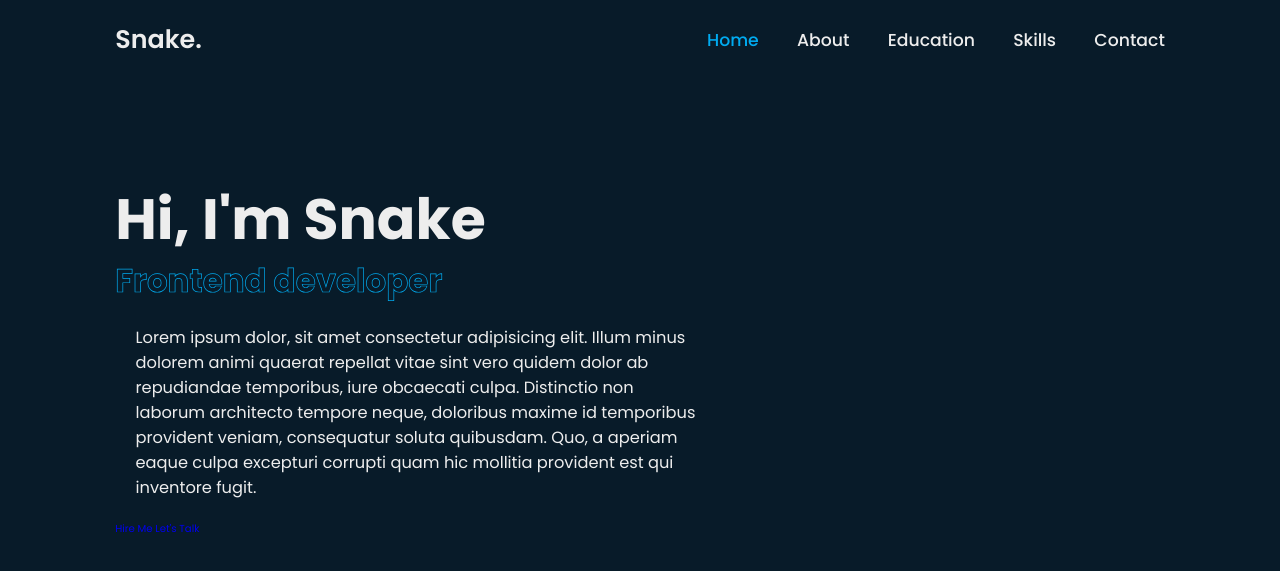
Repository: Tanty102/About_Me
Page: index.html
An editor plug-in stored every save of this project. The page is shown before and after the next save, followed by the edit.
The browser window is 1280 px wide. The pictures show the whole page.

Above is the page before, as saved 2023-09-12 16:41:29.

### index.html
<!DOCTYPE html>
<html lang="en">
  <head>
    <meta charset="UTF-8" />
    <meta name="viewport" content="width=device-width, initial-scale=1.0" />
    <link rel="stylesheet" href="style.css" />
    <title>CV Snake</title>
  </head>

  <!-- box icons -->
  <link href='https://unpkg.com/boxicons@2.1.4/css/boxicons.min.css' rel='stylesheet'>
  <body>
    <!-- Header design -->
    <header class="header">
      <a href="#" class="logo">Snake.</a>

      <div class="bx bx-menu" id="menu-icon"></div>

      <nav class="navbar">
        <a href="#home" class="active">Home</a>
        <a href="#about">About</a>
        <a href="#education">Education</a>
        <a href="#skills">Skills</a>
        <a href="#contact">Contact</a>
      </nav>
    </header>

    <!-- home section design -->
    <section class="home" id="home">
      <div class="home-content">
        <h1>Hi, I'm <span>Snake</span></h1>
        <div class="text-animate">
          <h3>Frontend developer</h3>
        </div>
        <p>Lorem ipsum dolor, sit amet consectetur adipisicing elit. Illum minus dolorem animi quaerat repellat vitae sint vero quidem dolor ab repudiandae temporibus, iure obcaecati culpa. Distinctio non laborum architecto tempore neque, doloribus maxime id temporibus provident veniam, consequatur soluta quibusdam. Quo, a aperiam eaque culpa excepturi corrupti quam hic mollitia provident est qui inventore fugit.</p>

        <div class="btn-box">
          <a href="#" class="btn">Hire Me</a>
          <a href="#" class="btn">Let's Talk</a>
        </div>
      </div>
    </section>

    <script src="main.js"></script>
  </body>
</html>

### style.css
@import url("https://fonts.googleapis.com/css2?family=Poppins:wght@300;400;500;600;700;800;900&display=swap");

* {
  margin: 0;
  padding: 0;
  box-sizing: border-box;
  text-decoration: none;
  border: none;
  outline: none;
  scroll-behavior: smooth;
  font-family: "Poppins", sans-serif;
}

:root {
  --bg-color: #081b29;
  --second-bg-color: #112e42;
  --text-color: #ededed;
  --main-color: #00abf0;
}

html {
  font-size: 63.5%;
  overflow-x: hidden;
}

body {
  background: var(--bg-color);
  color: var(--text-color);
}

.header {
  position: fixed;
  top: 0;
  left: 0;
  width: 100%;
  padding: 2rem 9%;
  background: transparent;
  display: flex;
  justify-content: space-between;
  align-items: center;
  z-index: 100;
}

.logo {
  font-size: 2.5rem;
  color: var(--text-color);
  font-weight: 600;
}

.navbar a {
  font-size: 1.7rem;
  color: var(--text-color);
  font-weight: 500;
  margin-left: 3.5rem;
  transition: 0.3s;
}

.navbar a:hover,
.navbar a.active{
  color: var(--main-color);
}

#menu-icon {
  font-size: 3.6rem;
  color: var(--text-color);
  cursor: pointer;
  display: none;
}

section {
  min-height: 100vh;
  padding: 10rem 9% 2rem;
}

.home {
  display: flex;
  align-items: center;
  padding: 0 9%;
}

.home-content {
  max-width: 60rem;
}

.home-content h1 {
  font-size: 5.6rem;
  font-weight: 700;
  line-height: 1.3;
}

.home-content .text-animate {
  position: relative;
  width: 32.8rem;
}

.home-content .text-animate h3 {
  font-size: 3.2rem;
  font-weight: 700;
  color: transparent;
  -webkit-text-stroke: 0.7px var(--main-color);
}

.home-content p {
  font-size: 1.6rem;
  margin: 2rem ;
}

Loaded but not shown: main.js (no copy from this time; the picture is the same without it)

After the next save:
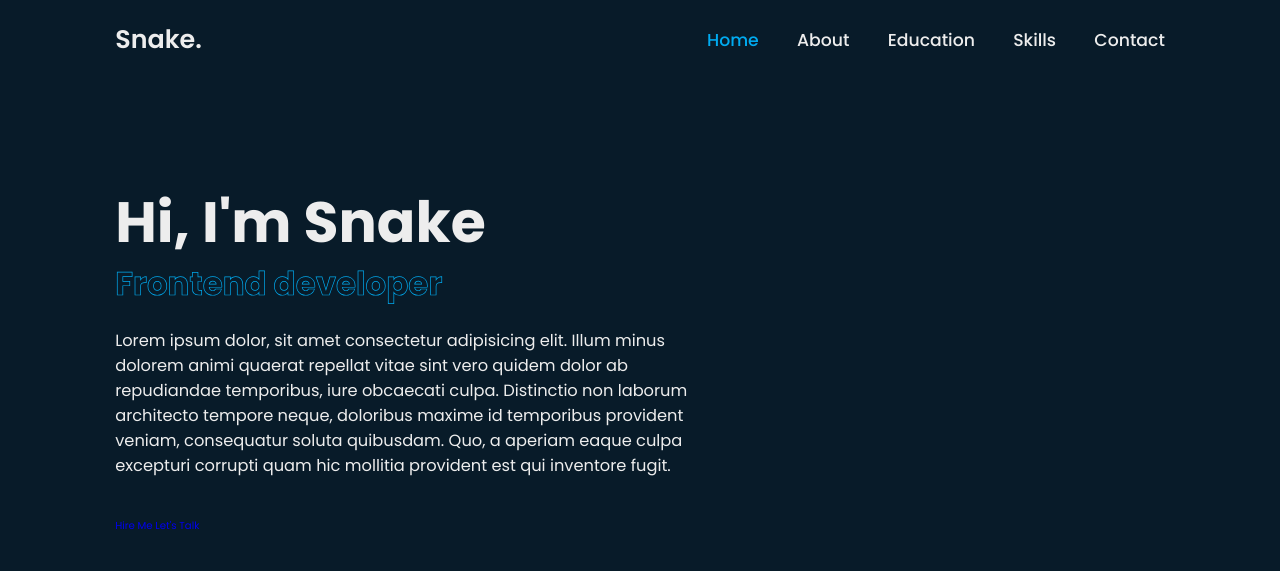
Saved 5 s later.
--- a/style.css
+++ b/style.css
@@ -102,5 +102,5 @@ section {
 
 .home-content p {
   font-size: 1.6rem;
-  margin: 2rem ;
+  margin: 2rem 0 4rem;
 }
